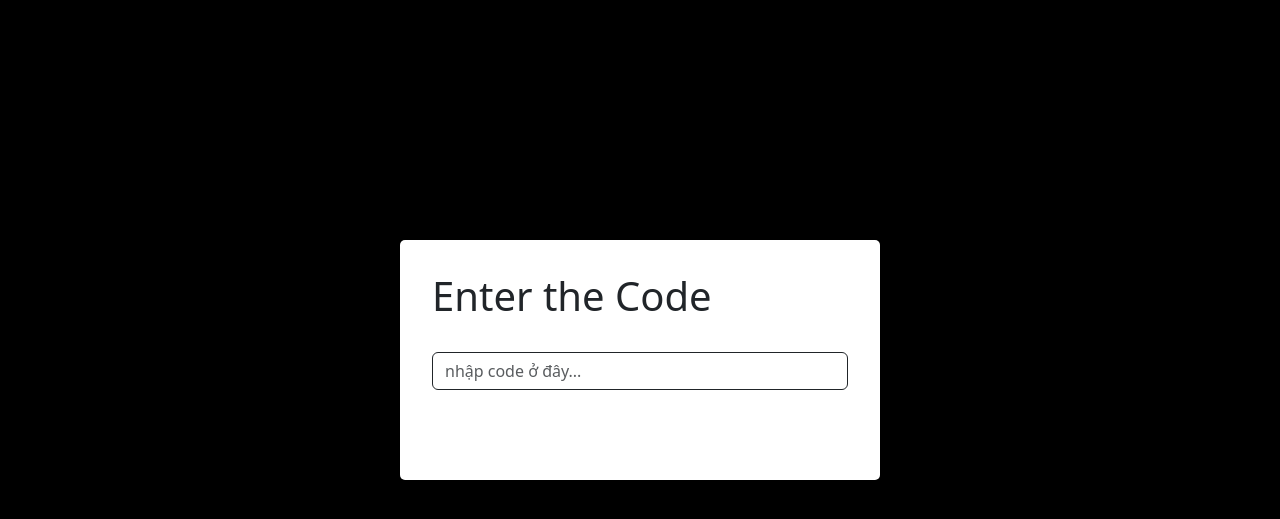
Repository: tran-thien-nhan/quiz_tlln
Page: index.html
The author's editor kept a copy of each file at every save. The page is drawn from the files as they stood at one save, then again after the next save.
The browser window is 1280 px wide. The pictures show the whole page.

Above is the page before, as saved 2023-06-28 19:08:26.

After the next save:
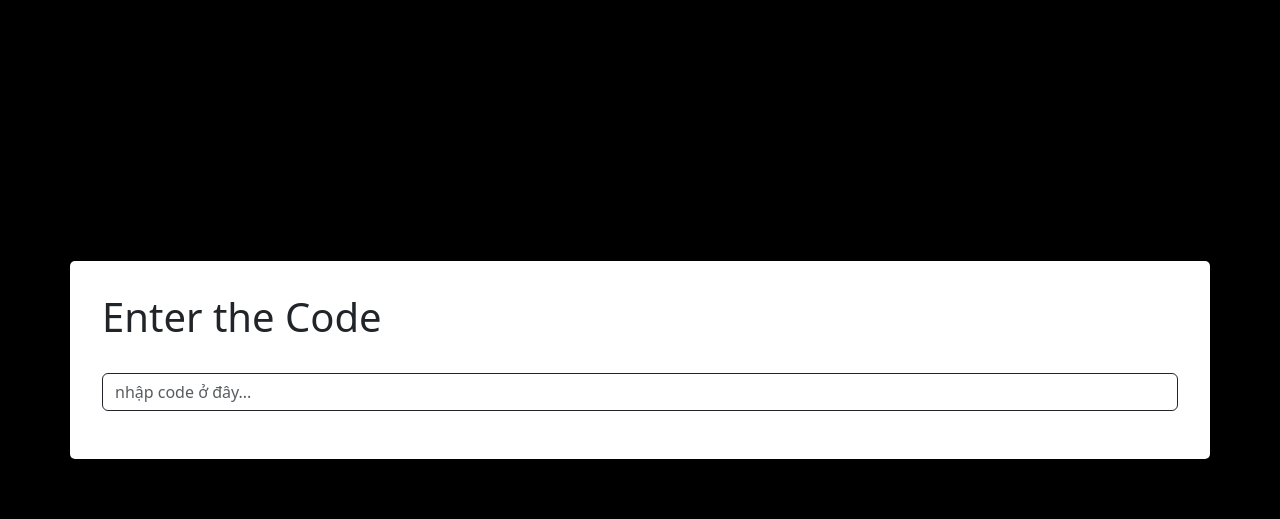
Saved 2 min 9 s later.
--- a/index.html
+++ b/index.html
@@ -17,8 +17,6 @@
     .container {
       background-color: #fff;
       padding: 2rem;
-      width: 30rem;
-      height: 15rem;
       border-radius: 5px;
     }
 
@@ -38,14 +36,18 @@
 
 <body>
   <div class="container">
-    <h1>Enter the Code</h1>
-    <form id="codeForm">
-      <div class="mb-3">
-        <br>
-        <input type="password" class="form-control border-dark rounded" id="codeInput" placeholder="nhập code ở đây..." required>
-        <span id="alert"></span>
+    <div class="row">
+      <div class="col-md-12">
+        <h1>Enter the Code</h1>
+        <form id="codeForm">
+          <div class="mb-3">
+            <br>
+            <input type="password" class="form-control border-dark rounded" id="codeInput" placeholder="nhập code ở đây..." required>
+            <span id="alert"></span>
+          </div>
+        </form>
       </div>
-    </form>
+    </div>
   </div>
 
   <script>

After the save that followed:
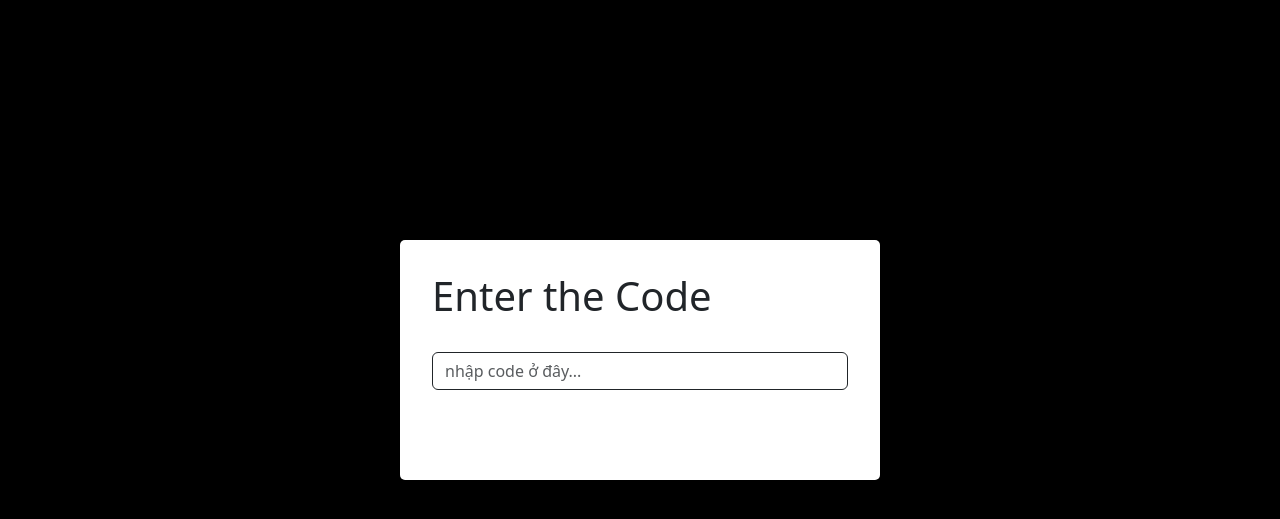
Saved 33 s later.
--- a/index.html
+++ b/index.html
@@ -17,6 +17,8 @@
     .container {
       background-color: #fff;
       padding: 2rem;
+      width: 30rem;
+      height: 15rem;
       border-radius: 5px;
     }
 
@@ -36,18 +38,14 @@
 
 <body>
   <div class="container">
-    <div class="row">
-      <div class="col-md-12">
-        <h1>Enter the Code</h1>
-        <form id="codeForm">
-          <div class="mb-3">
-            <br>
-            <input type="password" class="form-control border-dark rounded" id="codeInput" placeholder="nhập code ở đây..." required>
-            <span id="alert"></span>
-          </div>
-        </form>
+    <h1>Enter the Code</h1>
+    <form id="codeForm">
+      <div class="mb-3">
+        <br>
+        <input type="password" class="form-control border-dark rounded" id="codeInput" placeholder="nhập code ở đây..." required>
+        <span id="alert"></span>
       </div>
-    </div>
+    </form>
   </div>
 
   <script>
